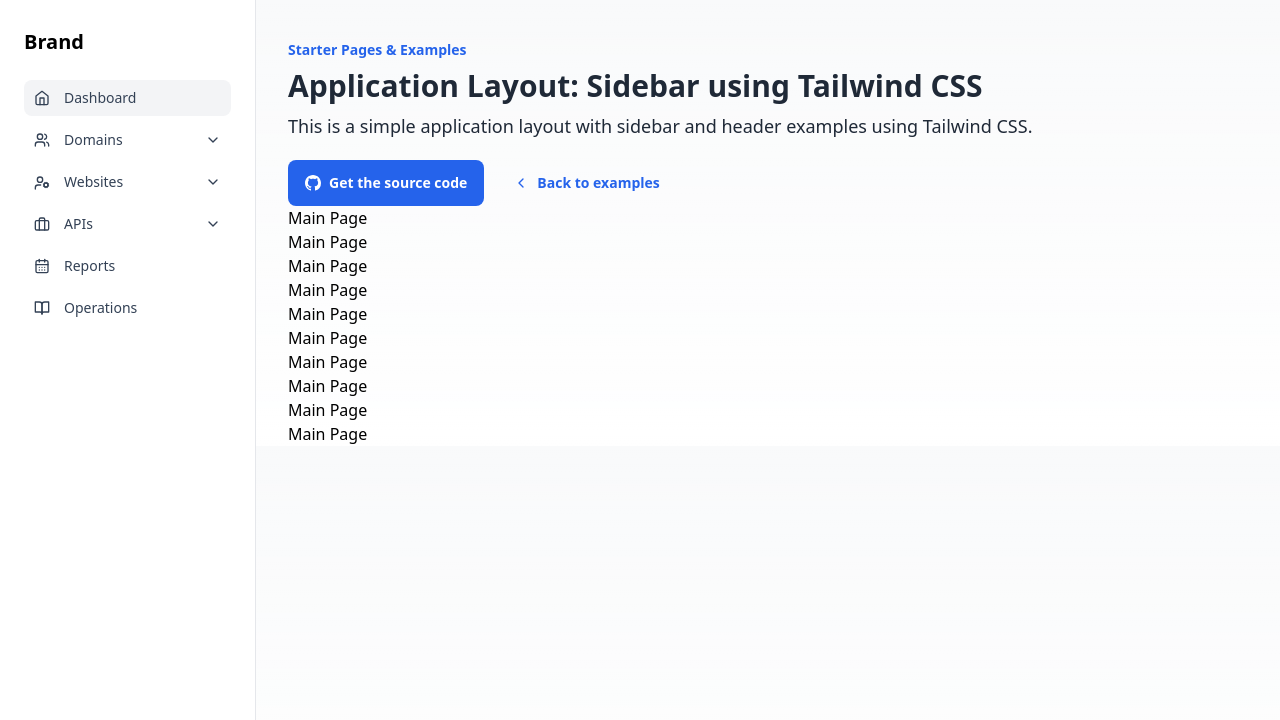
Repository: prodigytutor/my-app
Page: /
These files come from the project's save history. The page is drawn as it stood at one moment and after the next save; the edit follows.
The browser window is 1280 px wide. The pictures show the whole page.
The project was rebuilt for these pictures with package versions that can differ from the ones it lists, and the page was loaded fresh each time. The framework's server and built-in components were replaced by stand-ins that run in the browser. Also part of the build but not shown: next.config.js.

Above is the page before, as saved 2023-12-07 14:14:33.

### src/app/layout.tsx
import type { Metadata } from 'next'
import { Inter } from 'next/font/google'
import './globals.css'
import Header from '../components/Header.tsx'

const inter = Inter({ subsets: ['latin'] })

export const metadata: Metadata = {
  title: 'Create Next App',
  description: 'Generated by create next app',
}

export default function RootLayout({
  children,
}: {
  children: React.ReactNode
}) {
  return (
    <html lang="en">
      <body className="bg-gray-50 dark:bg-slate-900 {inter.className}">

  <div className="sticky top-0 inset-x-0 z-20 bg-white border-y px-4 sm:px-6 md:px-8 lg:hidden dark:bg-gray-800 dark:border-gray-700">
    <div className="flex items-center py-4">

      <button type="button" className="text-gray-500 hover:text-gray-600" data-hs-overlay="#application-sidebar" aria-controls="application-sidebar" aria-label="Toggle navigation">
        <span className="sr-only">Toggle Navigation</span>
        <svg className="w-5 h-5" width="16" height="16" fill="currentColor" viewBox="0 0 16 16">
          <path fill-rule="evenodd" d="M2.5 12a.5.5 0 0 1 .5-.5h10a.5.5 0 0 1 0 1H3a.5.5 0 0 1-.5-.5zm0-4a.5.5 0 0 1 .5-.5h10a.5.5 0 0 1 0 1H3a.5.5 0 0 1-.5-.5zm0-4a.5.5 0 0 1 .5-.5h10a.5.5 0 0 1 0 1H3a.5.5 0 0 1-.5-.5z"/>
        </svg>
      </button>

      <ol className="ms-3 flex items-center whitespace-nowrap" aria-label="Breadcrumb">
        <li className="flex items-center text-sm text-gray-800 dark:text-gray-400">
          Application Layout
          <svg className="flex-shrink-0 mx-3 overflow-visible h-2.5 w-2.5 text-gray-400 dark:text-gray-600" width="16" height="16" viewBox="0 0 16 16" fill="none" xmlns="http://www.w3.org/2000/svg">
            <path d="M5 1L10.6869 7.16086C10.8637 7.35239 10.8637 7.64761 10.6869 7.83914L5 14" stroke="currentColor" stroke-width="2" stroke-linecap="round"/>
          </svg>
        </li>
        <li className="text-sm font-semibold text-gray-800 truncate dark:text-gray-400" aria-current="page">
          Dashboard
        </li>
      </ol>
    </div>
  </div>


  <div id="application-sidebar" className="hs-overlay hs-overlay-open:translate-x-0 -translate-x-full transition-all duration-300 transform hidden fixed top-0 start-0 bottom-0 z-[60] w-64 bg-white border-e border-gray-200 pt-7 pb-10 overflow-y-auto lg:block lg:translate-x-0 lg:end-auto lg:bottom-0 [&::-webkit-scrollbar]:w-2 [&::-webkit-scrollbar-thumb]:rounded-full [&::-webkit-scrollbar-track]:bg-gray-100 [&::-webkit-scrollbar-thumb]:bg-gray-300 dark:[&::-webkit-scrollbar-track]:bg-slate-700 dark:[&::-webkit-scrollbar-thumb]:bg-slate-500 dark:bg-gray-800 dark:border-gray-700">
    <div className="px-6">
      <a className="flex-none text-xl font-semibold dark:text-white" href="#" aria-label="Brand">Brand</a>
    </div>

    <nav className="hs-accordion-group p-6 w-full flex flex-col flex-wrap" data-hs-accordion-always-open>
      <ul className="space-y-1.5">
        <li>
          <a className="flex items-center gap-x-3.5 py-2 px-2.5 bg-gray-100 text-sm text-slate-700 rounded-lg hover:bg-gray-100 dark:bg-gray-900 dark:text-white dark:focus:outline-none dark:focus:ring-1 dark:focus:ring-gray-600" href="#">
            <svg className="flex-shrink-0 w-4 h-4" xmlns="http://www.w3.org/2000/svg" width="24" height="24" viewBox="0 0 24 24" fill="none" stroke="currentColor" stroke-width="2" stroke-linecap="round" stroke-linejoin="round" ><path d="m3 9 9-7 9 7v11a2 2 0 0 1-2 2H5a2 2 0 0 1-2-2z"/><polyline points="9 22 9 12 15 12 15 22"/></svg>
            Dashboard
          </a>
        </li>

        <li className="hs-accordion" id="users-accordion">
          <button type="button" className="hs-accordion-toggle w-full text-start flex items-center gap-x-3.5 py-2 px-2.5 hs-accordion-active:text-blue-600 hs-accordion-active:hover:bg-transparent text-sm text-slate-700 rounded-lg hover:bg-gray-100 dark:bg-gray-800 dark:hover:bg-gray-900 dark:text-slate-400 dark:hover:text-slate-300 dark:hs-accordion-active:text-white dark:focus:outline-none dark:focus:ring-1 dark:focus:ring-gray-600">
            <svg className="flex-shrink-0 w-4 h-4" xmlns="http://www.w3.org/2000/svg" width="24" height="24" viewBox="0 0 24 24" fill="none" stroke="currentColor" stroke-width="2" stroke-linecap="round" stroke-linejoin="round" ><path d="M16 21v-2a4 4 0 0 0-4-4H6a4 4 0 0 0-4 4v2"/><circle cx="9" cy="7" r="4"/><path d="M22 21v-2a4 4 0 0 0-3-3.87"/><path d="M16 3.13a4 4 0 0 1 0 7.75"/></svg>
            Domains

            <svg className="hs-accordion-active:block ms-auto hidden w-4 h-4" xmlns="http://www.w3.org/2000/svg" width="24" height="24" viewBox="0 0 24 24" fill="none" stroke="currentColor" stroke-width="2" stroke-linecap="round" stroke-linejoin="round"><path d="m18 15-6-6-6 6"/></svg>

            <svg className="hs-accordion-active:hidden ms-auto block w-4 h-4" xmlns="http://www.w3.org/2000/svg" width="24" height="24" viewBox="0 0 24 24" fill="none" stroke="currentColor" stroke-width="2" stroke-linecap="round" stroke-linejoin="round"><path d="m6 9 6 6 6-6"/></svg>
          </button>

          <div id="users-accordion-sub" className="hs-accordion-content w-full overflow-hidden transition-[height] duration-300 hidden">
            <ul className="hs-accordion-group ps-3 pt-2" data-hs-accordion-always-open>
              <li className="hs-accordion" id="users-accordion-sub-1">
                <button type="button" className="hs-accordion-toggle w-full text-start flex items-center gap-x-3.5 py-2 px-2.5 hs-accordion-active:text-blue-600 hs-accordion-active:hover:bg-transparent text-sm text-slate-700 rounded-lg hover:bg-gray-100 dark:bg-gray-800 dark:hover:bg-gray-900 dark:text-slate-400 dark:hover:text-slate-300 dark:hs-accordion-active:text-white dark:focus:outline-none dark:focus:ring-1 dark:focus:ring-gray-600">
                  Add New

                  <svg className="hs-accordion-active:block ms-auto hidden w-4 h-4" xmlns="http://www.w3.org/2000/svg" width="24" height="24" viewBox="0 0 24 24" fill="none" stroke="currentColor" stroke-width="2" stroke-linecap="round" stroke-linejoin="round"><path d="m18 15-6-6-6 6"/></svg>

                  <svg className="hs-accordion-active:hidden ms-auto block w-4 h-4" xmlns="http://www.w3.org/2000/svg" width="24" height="24" viewBox="0 0 24 24" fill="none" stroke="currentColor" stroke-width="2" stroke-linecap="round" stroke-linejoin="round"><path d="m6 9 6 6 6-6"/></svg>
                </button>

                <div id="users-accordion-sub-1-child" className="hs-accordion-content w-full overflow-hidden transition-[height] duration-300 hidden">
                  <ul className="pt-2 ps-2">
                    <li>
                      <a className="flex items-center gap-x-3.5 py-2 px-2.5 text-sm text-slate-700 rounded-lg hover:bg-gray-100 dark:bg-gray-800 dark:text-slate-400 dark:hover:text-slate-300 dark:focus:outline-none dark:focus:ring-1 dark:focus:ring-gray-600" href="#">
                        Link 1
                      </a>
                    </li>
                    <li>
                      <a className="flex items-center gap-x-3.5 py-2 px-2.5 text-sm text-slate-700 rounded-lg hover:bg-gray-100 dark:bg-gray-800 dark:text-slate-400 dark:hover:text-slate-300 dark:focus:outline-none dark:focus:ring-1 dark:focus:ring-gray-600" href="#">
                        Link 2
                      </a>
                    </li>
                    <li>
                      <a className="flex items-center gap-x-3.5 py-2 px-2.5 text-sm text-slate-700 rounded-lg hover:bg-gray-100 dark:bg-gray-800 dark:text-slate-400 dark:hover:text-slate-300 dark:focus:outline-none dark:focus:ring-1 dark:focus:ring-gray-600" href="#">
                        Link 3
                      </a>
                    </li>
                  </ul>
                </div>
              </li>
              <li className="hs-accordion" id="users-accordion-sub-2">
                <button type="button" className="hs-accordion-toggle w-full text-start flex items-center gap-x-3.5 py-2 px-2.5 hs-accordion-active:text-blue-600 hs-accordion-active:hover:bg-transparent text-sm text-slate-700 rounded-lg hover:bg-gray-100 dark:bg-gray-800 dark:hover:bg-gray-900 dark:text-slate-400 dark:hover:text-slate-300 dark:hs-accordion-active:text-white dark:focus:outline-none dark:focus:ring-1 dark:focus:ring-gray-600">
                  Tools

                  <svg className="hs-accordion-active:block ms-auto hidden w-4 h-4" xmlns="http://www.w3.org/2000/svg" width="24" height="24" viewBox="0 0 24 24" fill="none" stroke="currentColor" stroke-width="2" stroke-linecap="round" stroke-linejoin="round"><path d="m18 15-6-6-6 6"/></svg>

                  <svg className="hs-accordion-active:hidden ms-auto block w-4 h-4" xmlns="http://www.w3.org/2000/svg" width="24" height="24" viewBox="0 0 24 24" fill="none" stroke="currentColor" stroke-width="2" stroke-linecap="round" stroke-linejoin="round"><path d="m6 9 6 6 6-6"/></svg>
                </button>

                <div id="users-accordion-sub-2-child" className="hs-accordion-content w-full overflow-hidden transition-[height] duration-300 hidden ps-2">
                  <ul className="pt-2 ps-2">
                    <li>
                      <a className="flex items-center gap-x-3.5 py-2 px-2.5 text-sm text-slate-700 rounded-lg hover:bg-gray-100 dark:bg-gray-800 dark:text-slate-400 dark:hover:text-slate-300 dark:focus:outline-none dark:focus:ring-1 dark:focus:ring-gray-600" href="#">
                        Link 1
                      </a>
                    </li>
                    <li>
                      <a className="flex items-center gap-x-3.5 py-2 px-2.5 text-sm text-slate-700 rounded-lg hover:bg-gray-100 dark:bg-gray-800 dark:text-slate-400 dark:hover:text-slate-300 dark:focus:outline-none dark:focus:ring-1 dark:focus:ring-gray-600" href="#">
                        Link 2
                      </a>
                    </li>
                    <li>
                      <a className="flex items-center gap-x-3.5 py-2 px-2.5 text-sm text-slate-700 rounded-lg hover:bg-gray-100 dark:bg-gray-800 dark:text-slate-400 dark:hover:text-slate-300 dark:focus:outline-none dark:focus:ring-1 dark:focus:ring-gray-600" href="#">
                        Link 3
                      </a>
                    </li>
                  </ul>
                </div>
              </li>
            </ul>
          </div>
        </li>

        <li className="hs-accordion" id="account-accordion">
          <button type="button" className="hs-accordion-toggle w-full text-start flex items-center gap-x-3.5 py-2 px-2.5 hs-accordion-active:text-blue-600 hs-accordion-active:hover:bg-transparent text-sm text-slate-700 rounded-lg hover:bg-gray-100 dark:bg-gray-800 dark:hover:bg-gray-900 dark:text-slate-400 dark:hover:text-slate-300 dark:hs-accordion-active:text-white dark:focus:outline-none dark:focus:ring-1 dark:focus:ring-gray-600">
            <svg className="flex-shrink-0 mt-0.5 w-4 h-4" xmlns="http://www.w3.org/2000/svg" width="24" height="24" viewBox="0 0 24 24" fill="none" stroke="currentColor" stroke-width="2" stroke-linecap="round" stroke-linejoin="round"><circle cx="18" cy="15" r="3"/><circle cx="9" cy="7" r="4"/><path d="M10 15H6a4 4 0 0 0-4 4v2"/><path d="m21.7 16.4-.9-.3"/><path d="m15.2 13.9-.9-.3"/><path d="m16.6 18.7.3-.9"/><path d="m19.1 12.2.3-.9"/><path d="m19.6 18.7-.4-1"/><path d="m16.8 12.3-.4-1"/><path d="m14.3 16.6 1-.4"/><path d="m20.7 13.8 1-.4"/></svg>
            Websites

            <svg className="hs-accordion-active:block ms-auto hidden w-4 h-4" xmlns="http://www.w3.org/2000/svg" width="24" height="24" viewBox="0 0 24 24" fill="none" stroke="currentColor" stroke-width="2" stroke-linecap="round" stroke-linejoin="round"><path d="m18 15-6-6-6 6"/></svg>

            <svg className="hs-accordion-active:hidden ms-auto block w-4 h-4" xmlns="http://www.w3.org/2000/svg" width="24" height="24" viewBox="0 0 24 24" fill="none" stroke="currentColor" stroke-width="2" stroke-linecap="round" stroke-linejoin="round"><path d="m6 9 6 6 6-6"/></svg>
          </button>

          <div id="account-accordion-sub" className="hs-accordion-content w-full overflow-hidden transition-[height] duration-300 hidden">
            <ul className="pt-2 ps-2">
              <li>
                <a className="flex items-center gap-x-3.5 py-2 px-2.5 text-sm text-slate-700 rounded-lg hover:bg-gray-100 dark:bg-gray-800 dark:text-slate-400 dark:hover:text-slate-300 dark:focus:outline-none dark:focus:ring-1 dark:focus:ring-gray-600" href="#">
                  Link 1
                </a>
              </li>
              <li>
                <a className="flex items-center gap-x-3.5 py-2 px-2.5 text-sm text-slate-700 rounded-lg hover:bg-gray-100 dark:bg-gray-800 dark:text-slate-400 dark:hover:text-slate-300 dark:focus:outline-none dark:focus:ring-1 dark:focus:ring-gray-600" href="#">
                  Link 2
                </a>
              </li>
              <li>
                <a className="flex items-center gap-x-3.5 py-2 px-2.5 text-sm text-slate-700 rounded-lg hover:bg-gray-100 dark:bg-gray-800 dark:text-slate-400 dark:hover:text-slate-300 dark:focus:outline-none dark:focus:ring-1 dark:focus:ring-gray-600" href="#">
                  Link 3
                </a>
              </li>
            </ul>
          </div>
        </li>

        <li className="hs-accordion" id="projects-accordion">
          <button type="button" className="hs-accordion-toggle w-full text-start flex items-center gap-x-3.5 py-2 px-2.5 hs-accordion-active:text-blue-600 hs-accordion-active:hover:bg-transparent text-sm text-slate-700 rounded-lg hover:bg-gray-100 dark:bg-gray-800 dark:hover:bg-gray-900 dark:text-slate-400 dark:hover:text-slate-300 dark:hs-accordion-active:text-white dark:focus:outline-none dark:focus:ring-1 dark:focus:ring-gray-600">
            <svg className="flex-shrink-0 w-4 h-4" xmlns="http://www.w3.org/2000/svg" width="24" height="24" viewBox="0 0 24 24" fill="none" stroke="currentColor" stroke-width="2" stroke-linecap="round" stroke-linejoin="round"><rect width="20" height="14" x="2" y="7" rx="2" ry="2"/><path d="M16 21V5a2 2 0 0 0-2-2h-4a2 2 0 0 0-2 2v16"/></svg>
            APIs

            <svg className="hs-accordion-active:block ms-auto hidden w-4 h-4" xmlns="http://www.w3.org/2000/svg" width="24" height="24" viewBox="0 0 24 24" fill="none" stroke="currentColor" stroke-width="2" stroke-linecap="round" stroke-linejoin="round"><path d="m18 15-6-6-6 6"/></svg>

            <svg className="hs-accordion-active:hidden ms-auto block w-4 h-4" xmlns="http://www.w3.org/2000/svg" width="24" height="24" viewBox="0 0 24 24" fill="none" stroke="currentColor" stroke-width="2" stroke-linecap="round" stroke-linejoin="round"><path d="m6 9 6 6 6-6"/></svg>
          </button>

          <div id="projects-accordion-sub" className="hs-accordion-content w-full overflow-hidden transition-[height] duration-300 hidden">
            <ul className="pt-2 ps-2">
              <li>
                <a className="flex items-center gap-x-3.5 py-2 px-2.5 text-sm text-slate-700 rounded-lg hover:bg-gray-100 dark:bg-gray-800 dark:text-slate-400 dark:hover:text-slate-300 dark:focus:outline-none dark:focus:ring-1 dark:focus:ring-gray-600" href="#">
                  Link 1
                </a>
              </li>
              <li>
                <a className="flex items-center gap-x-3.5 py-2 px-2.5 text-sm text-slate-700 rounded-lg hover:bg-gray-100 dark:bg-gray-800 dark:text-slate-400 dark:hover:text-slate-300 dark:focus:outline-none dark:focus:ring-1 dark:focus:ring-gray-600" href="#">
                  Link 2
                </a>
              </li>
              <li>
                <a className="flex items-center gap-x-3.5 py-2 px-2.5 text-sm text-slate-700 rounded-lg hover:bg-gray-100 dark:bg-gray-800 dark:text-slate-400 dark:hover:text-slate-300 dark:focus:outline-none dark:focus:ring-1 dark:focus:ring-gray-600" href="#">
                  Link 3
                </a>
              </li>
            </ul>
          </div>
        </li>

        <li><a className="w-full flex items-center gap-x-3.5 py-2 px-2.5 text-sm text-slate-700 rounded-lg hover:bg-gray-100 dark:hover:bg-gray-900 dark:text-slate-400 dark:hover:text-slate-300 dark:focus:outline-none dark:focus:ring-1 dark:focus:ring-gray-600" href="#">
          <svg className="flex-shrink-0 w-4 h-4" xmlns="http://www.w3.org/2000/svg" width="24" height="24" viewBox="0 0 24 24" fill="none" stroke="currentColor" stroke-width="2" stroke-linecap="round" stroke-linejoin="round"><rect width="18" height="18" x="3" y="4" rx="2" ry="2"/><line x1="16" x2="16" y1="2" y2="6"/><line x1="8" x2="8" y1="2" y2="6"/><line x1="3" x2="21" y1="10" y2="10"/><path d="M8 14h.01"/><path d="M12 14h.01"/><path d="M16 14h.01"/><path d="M8 18h.01"/><path d="M12 18h.01"/><path d="M16 18h.01"/></svg>
          Reports
        </a></li>
        <li><a className="w-full flex items-center gap-x-3.5 py-2 px-2.5 text-sm text-slate-700 rounded-lg hover:bg-gray-100 dark:hover:bg-gray-900 dark:text-slate-400 dark:hover:text-slate-300 dark:focus:outline-none dark:focus:ring-1 dark:focus:ring-gray-600" href="#">
          <svg className="flex-shrink-0 w-4 h-4" xmlns="http://www.w3.org/2000/svg" width="24" height="24" viewBox="0 0 24 24" fill="none" stroke="currentColor" stroke-width="2" stroke-linecap="round" stroke-linejoin="round"><path d="M2 3h6a4 4 0 0 1 4 4v14a3 3 0 0 0-3-3H2z"/><path d="M22 3h-6a4 4 0 0 0-4 4v14a3 3 0 0 1 3-3h7z"/></svg>
          Operations
        </a></li>
      </ul>
    </nav>
  </div>
  <div className="w-full pt-10 px-4 sm:px-6 md:px-8 lg:ps-72">
    <Header />
    {children}
  </div>
  <div>

  </div>
</body>
</html>
  )
}

### src/app/page.tsx
import Image from 'next/image'

export default function Home() {
  return (
    <main>
    <p>Main Page</p>
    <p>Main Page</p>
    <p>Main Page</p>
    <p>Main Page</p>
    <p>Main Page</p>
    <p>Main Page</p>
    <p>Main Page</p>
    <p>Main Page</p>
    <p>Main Page</p>
    <p>Main Page</p>
    </main>
   )
}

### src/components/Header.tsx
import * as React from 'react';

export interface IAppProps {
    title: string,
    body: string
}

const header: React.FC<IAppProps> = () => {
    return (
        <header>
        <p className="mb-2 text-sm font-semibold text-blue-600">Starter Pages & Examples</p>
        <h1 className="block text-2xl font-bold text-gray-800 sm:text-3xl dark:text-white">Application Layout: Sidebar using Tailwind CSS</h1>
        <p className="mt-2 text-lg text-gray-800 dark:text-gray-400">This is a simple application layout with sidebar and header examples using Tailwind CSS.</p>
        <div className="mt-5 flex flex-col items-center gap-2 sm:flex-row sm:gap-3">
          <a className="w-full sm:w-auto py-3 px-4 inline-flex justify-center items-center gap-x-2 text-sm font-semibold rounded-lg border border-transparent bg-blue-600 text-white hover:bg-blue-700 disabled:opacity-50 disabled:pointer-events-none dark:focus:outline-none dark:focus:ring-1 dark:focus:ring-gray-600" href="https://github.com/htmlstreamofficial/preline/tree/main/examples/html" target="_blank">
            <svg className="flex-shrink-0 w-4 h-4" xmlns="http://www.w3.org/2000/svg" width="16" height="16" fill="currentColor" viewBox="0 0 16 16">
              <path d="M8 0C3.58 0 0 3.58 0 8c0 3.54 2.29 6.53 5.47 7.59.4.07.55-.17.55-.38 0-.19-.01-.82-.01-1.49-2.01.37-2.53-.49-2.69-.94-.09-.23-.48-.94-.82-1.13-.28-.15-.68-.52-.01-.53.63-.01 1.08.58 1.23.82.72 1.21 1.87.87 2.33.66.07-.52.28-.87.51-1.07-1.78-.2-3.64-.89-3.64-3.95 0-.87.31-1.59.82-2.15-.08-.2-.36-1.02.08-2.12 0 0 .67-.21 2.2.82.64-.18 1.32-.27 2-.27.68 0 1.36.09 2 .27 1.53-1.04 2.2-.82 2.2-.82.44 1.1.16 1.92.08 2.12.51.56.82 1.27.82 2.15 0 3.07-1.87 3.75-3.65 3.95.29.25.54.73.54 1.48 0 1.07-.01 1.93-.01 2.2 0 .21.15.46.55.38A8.012 8.012 0 0 0 16 8c0-4.42-3.58-8-8-8z"/>
            </svg>
            Get the source code
          </a>
          <a className="w-full sm:w-auto py-3 px-4 inline-flex justify-center items-center gap-x-2 text-sm font-semibold rounded-lg border border-transparent text-blue-600 hover:text-blue-800 disabled:opacity-50 disabled:pointer-events-none dark:text-blue-500 dark:hover:text-blue-400 dark:focus:outline-none dark:focus:ring-1 dark:focus:ring-gray-600" href="../examples.html">
            <svg className="flex-shrink-0 w-4 h-4" xmlns="http://www.w3.org/2000/svg" width="24" height="24" viewBox="0 0 24 24" fill="none" stroke="currentColor" stroke-width="2" stroke-linecap="round" stroke-linejoin="round"><path d="m15 18-6-6 6-6"/></svg>
            Back to examples
          </a>
        </div>
      </header>
    );
  }

export default header;

Loaded but not shown: src/app/globals.css (common file); tailwind.config.ts (common file)

After the next save:
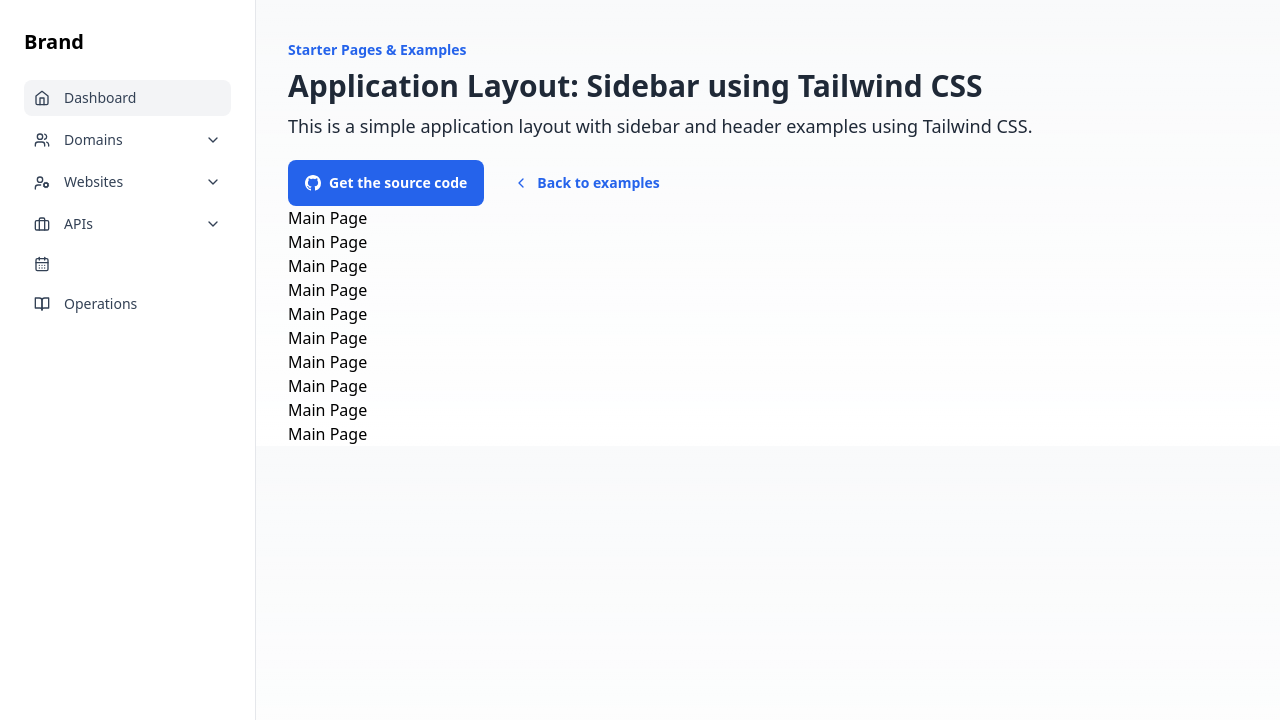
Saved 2 min 12 s later.
--- a/src/app/layout.tsx
+++ b/src/app/layout.tsx
@@ -196,7 +196,7 @@ export default function RootLayout({
 
         <li><a className="w-full flex items-center gap-x-3.5 py-2 px-2.5 text-sm text-slate-700 rounded-lg hover:bg-gray-100 dark:hover:bg-gray-900 dark:text-slate-400 dark:hover:text-slate-300 dark:focus:outline-none dark:focus:ring-1 dark:focus:ring-gray-600" href="#">
           <svg className="flex-shrink-0 w-4 h-4" xmlns="http://www.w3.org/2000/svg" width="24" height="24" viewBox="0 0 24 24" fill="none" stroke="currentColor" stroke-width="2" stroke-linecap="round" stroke-linejoin="round"><rect width="18" height="18" x="3" y="4" rx="2" ry="2"/><line x1="16" x2="16" y1="2" y2="6"/><line x1="8" x2="8" y1="2" y2="6"/><line x1="3" x2="21" y1="10" y2="10"/><path d="M8 14h.01"/><path d="M12 14h.01"/><path d="M16 14h.01"/><path d="M8 18h.01"/><path d="M12 18h.01"/><path d="M16 18h.01"/></svg>
-          Reports
+
         </a></li>
         <li><a className="w-full flex items-center gap-x-3.5 py-2 px-2.5 text-sm text-slate-700 rounded-lg hover:bg-gray-100 dark:hover:bg-gray-900 dark:text-slate-400 dark:hover:text-slate-300 dark:focus:outline-none dark:focus:ring-1 dark:focus:ring-gray-600" href="#">
           <svg className="flex-shrink-0 w-4 h-4" xmlns="http://www.w3.org/2000/svg" width="24" height="24" viewBox="0 0 24 24" fill="none" stroke="currentColor" stroke-width="2" stroke-linecap="round" stroke-linejoin="round"><path d="M2 3h6a4 4 0 0 1 4 4v14a3 3 0 0 0-3-3H2z"/><path d="M22 3h-6a4 4 0 0 0-4 4v14a3 3 0 0 1 3-3h7z"/></svg>
